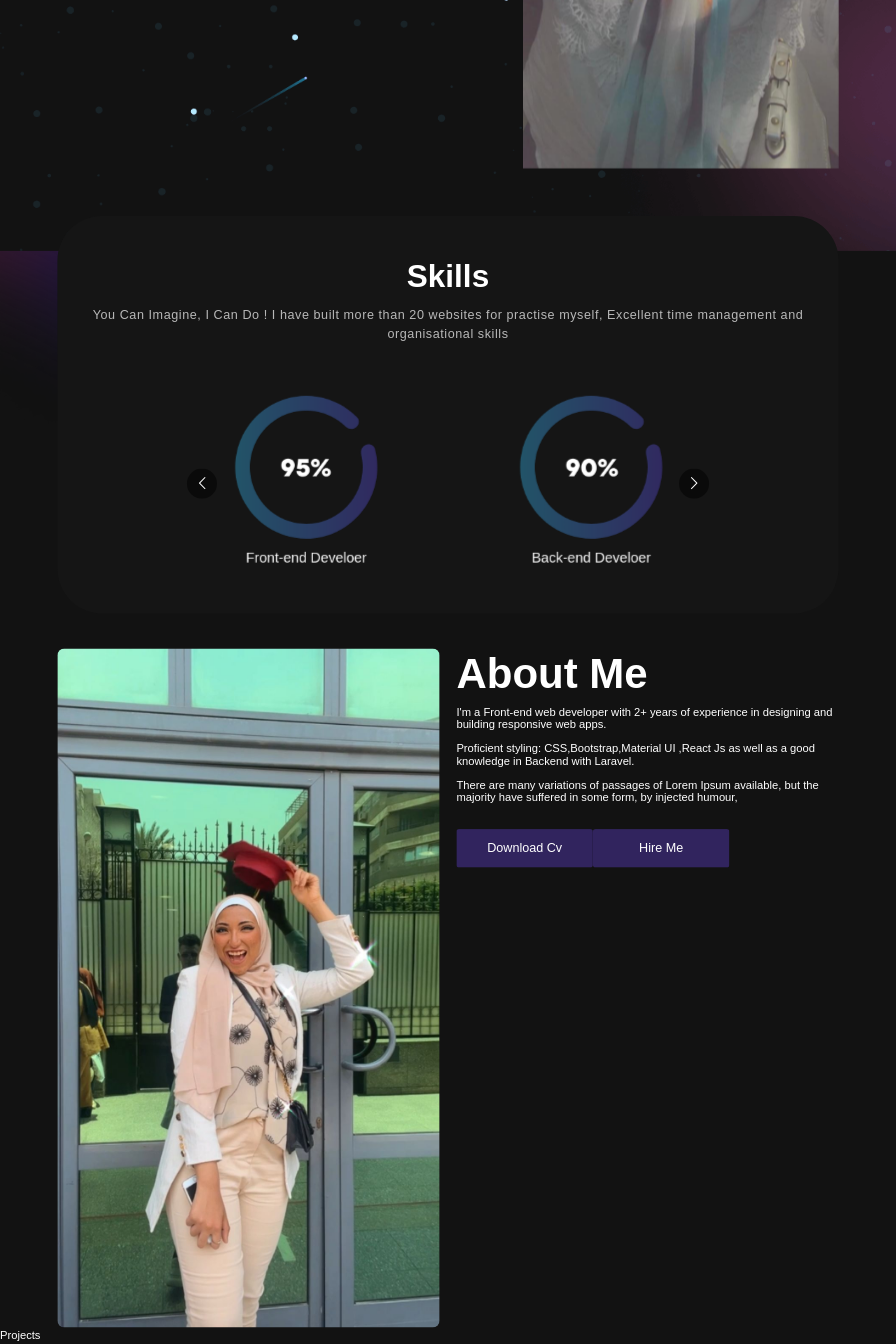
Repository: OmniaRafat232111121/portfolio
Page: /
The author's editor kept a copy of each file at every save. The page is drawn from the files as they stood at one save, then again after a run of saves.
The browser window is 1280 px wide. The pictures show the part of the page from y = 829 to 2749 px (the page is 2749 px tall), at 70% of full size.
The project was rebuilt for these pictures with package versions that can differ from the ones it lists, and the page was loaded fresh each time. Also part of the build but not shown: webpack.config.js.

Above is the page before, as saved 2022-07-20 03:21:17.

### src/index.js
import React from 'react';
import {StrictMode} from 'react';
import ReactDOM from 'react-dom';
import {createRoot} from 'react-dom/client';
import App from './App';
const rootElement = document.getElementById('root');
const root = createRoot(rootElement);
root.render(
  <StrictMode>
    <App />
  </StrictMode>,
);

### src/App.js
import React from 'react'
import './App.css'
import 'bootstrap/dist/css/bootstrap.min.css';
import { NavBar }  from './components/NavBar'
import Banner from './components/Banner';
import Skills from './components/Skills';
import Projects from './components/Projects';
import About from './components/About';
const App = () => {
  return (
    <div className="App">
    <NavBar />
    <Banner />
    <Skills />
    <About />
    <Projects />
    </div>
  )
}

export default App

### src/App.css
* {
  margin: 0;
  padding: 0;
  box-sizing: border-box;
}

html {
  scroll-behavior: smooth;
  scroll-padding-top: 75px;
}

body {
  font-weight: 400;
  overflow-x: hidden;
  position: relative;
  background-color: #121212 !important;
  color: #fff !important;
  font-family: 'Centra', sans-serif !important;
}

h1, h2, h3, h4, h5, h6 {
  margin: 0;
  padding: 0;
  line-height: normal;
}

p, a, li, button, ul {
  margin: 0;
  padding: 0;
  line-height: normal;
  text-decoration: none;
}

a:hover {
  text-decoration: none;
}

img {
  width: 100%;
  height: auto;
}

button {
  border: 0;
  background-color: transparent;
}

input:focus, textarea:focus, select:focus {
  outline: none;
}

@media (min-width:1700px) {
	main .container {
		max-width: 100%;
		padding: 0 150px;
	}
}

p.success {
	color: green;
}

p.danger {
	color: red;
}
/************ Navbar Css ************/
nav.navbar {
  padding: 18px 0;
  position: fixed;
  width: 100%;
  top: 0;
  z-index: 9999;
  transition:  0.32 ease-in-out;
}
nav.navbar.scrolled {
  padding: 0px 0;
  background-color: #121212;
}
nav.navbar a.navbar-brand {
    width: 9%;
}
nav.navbar .navbar-nav .nav-link.navbar-link {
  font-weight: 400;
  color: #fff !important;
  letter-spacing: 0.8px;
  padding: 0 25px;
  font-size: 18px;
  opacity: 0.75;
}
nav.navbar .navbar-nav a.nav-link.navbar-link:hover,
nav.navbar .navbar-nav a.nav-link.navbar-link.active {
    opacity: 1;
}
span.navbar-text {
    display: flex;
    align-items: center;
}
.social-icon {
    display: inline-block;
    margin-left: 14px;
}
.social-icon a {
    width: 42px;
    height: 42px;
    background: rgba(217, 217, 217, 0.1);
    display: inline-flex;
    border-radius: 50%;
    margin-right: 6px;
    align-items: center;
    justify-content: center;
    line-height: 1;
    border: 1px solid rgba(255, 255, 255, 0.5);
}
.social-icon a::before {
    content: "";
    width: 42px;
    height: 42px;
    position: absolute;
    background-color: #ffffff;
    border-radius: 50%;
    transform: scale(0);
	transition: 0.3s ease-in-out;
}
.social-icon a:hover::before {
    transform: scale(1);
}
.social-icon a img {
	width: 40%;
	z-index: 1;
	transition: 0.3s ease-in-out;
}
.social-icon a:hover img {
	filter: brightness(0) saturate(100%) invert(0%) sepia(7%) saturate(98%) hue-rotate(346deg) brightness(95%) contrast(86%);
}
.navbar-text button {
  font-weight: 700;
  color: #fff;
  border: 1px solid #fff;
  padding: 18px 34px;
  font-size: 18px;
  margin-left: 18px;
	position: relative;
	background-color: transparent;
	transition: 0.3s ease-in-out;
}
.navbar-text button span {
  z-index: 1;
}
.navbar-text button::before {
  content: "";
  width: 0%;
  height: 100%;
  position: absolute;
  background-color: #fff;
  left: 0;
  top: 0;
  z-index: -1;
  transition: 0.3s ease-in-out;
}
.navbar-text button:hover {
  color: #121212;
}
.navbar-text button:hover::before {
	content: "";
	width: 100%;
	height: 100%;
	position: absolute;
}
nav.navbar .navbar-toggler:active,
nav.navbar .navbar-toggler:focus {
	outline: none;
    box-shadow: none;
}
nav.navbar .navbar-toggler-icon {
  width: 24px;
  height: 17px;
  background-image: none;
  position: relative;
  border-bottom: 2px solid #fff;
  transition: all 300ms linear;
  top: -2px;
}
nav.navbar .navbar-toggler-icon:focus {
	border-bottom: 2px solid #fff;
}
nav.navbar .navbar-toggler-icon:after,
nav.navbar .navbar-toggler-icon:before {
	width: 24px;
	position: absolute;
	height: 2px;
	background-color: #fff;
	top: 0;
	left: 0;
	content: '';
	z-index: 2;
	transition: all 300ms linear;
	-webkit-transition:;
	-moz-transition:;
	-ms-transition:;
	-o-transition:;
}
nav.navbar .navbar-toggler-icon:after {
	top: 8px;
}

nav.navbar .navbar-toggler[aria-expanded="true"] .navbar-toggler-icon:after {
	transform: rotate(45deg);
	background-color: #fff;
	height: 2px;
	-webkit-transform: rotate(45deg);
	-moz-transform: rotate(45deg);
	-ms-transform: rotate(45deg);
	-o-transform: rotate(45deg);
}
nav.navbar .navbar-toggler[aria-expanded="true"] .navbar-toggler-icon:before {
	transform: translateY(8px) rotate(-45deg);
	background-color: #fff;
	height: 2px;
}
nav.navbar .navbar-toggler[aria-expanded="true"] .navbar-toggler-icon {
	border-color: transparent;
}
/*Banner css*/
.banner{
  margin-top:0;
  padding:260px 0 100px 0;
  background-image: url('./assets/img/banner-bg.png');
  background-position: top center;
  background-size: cover;
  background-repeat: no-repeat;
}

.banner .tagline{
  font-weight:700;
  letter-spacing:0.8px;
  padding:8px 10px;
  font-size: 20px;
  margin-bottom: 16px;
  display: inline-block;
  background: linear-gradient(90.21deg, rgba(81, 54, 170, 0.5) -5.91%, rgba(47, 153, 189, 0.5) 111.58%);
  border: 1px solid rgba(255, 255, 255, 0.5);
}



.banner p {
  color: #B8B8B8;
  font-size: 18px;
  letter-spacing: 0.8px;
  line-height: 1.5em;
  width: 96%;
}
.banner button {
  color: #fff;
  font-weight: 700;
  font-size: 20px;
  margin-top: 60px;
  letter-spacing: 0.8px;
  display: flex;
  align-items: center;
}
.banner button svg {
  font-size: 25px;
  margin-left: 10px;
  transition: 0.3s ease-in-out;
  line-height: 1;
}
.banner button:hover svg {
  margin-left: 25px;
}
.banner img {
  animation: updown 3s linear infinite;
}
@keyframes updown {
    0% {
        transform: translateY(-20px);
    }
    50% {
        transform: translateY(20px);
    }
    100% {
        transform: translateY(-20px);
    }
}
.txt-rotate > .wrap {
  border-right: 0.08em solid #666;
}

/*skill*/
.skill{
  padding:0 0 50px 0;
  position:realtive;
}
.skill-bx{
  background: #151515;
  border-radius: 64px;
  text-align: center;
  padding:60px 50px;
  margin-top: -50px;
  -webkit-border-radius: 64px;
  -moz-border-radius: 64px;
  -ms-border-radius: 64px;
  -o-border-radius: 64px;

}

.skill h2 {
	font-size: 45px;
	font-weight: 700;
  display: flex;
  align-items: center;
  justify-content: center;
}
.skill p {
    color: #B8B8B8;
    font-size: 18px;
    letter-spacing: 0.8px;
    line-height: 1.5em;
    margin: 14px 0 75px 0;
    text-align: center;

}
.skill-slider {
  width: 80%;
  margin: 0 auto;
  position: relative;
}
.skill-slider .item img {
  width: 50%;
  margin: 0 auto 15px auto;
}
.background-image-left {
  top: 28%;
  position: absolute;
  bottom: 0;
  width: 40%;
  z-index: -4;
}

### src/components/NavBar.js
import React from "react";
import { useState,useEffect } from 'react'
import { Navbar, Nav, Container } from "react-bootstrap";
import Logo from '../assets/img/logo.svg'
import navIcon1 from '../assets/img/nav-icon1.svg'
import navIcon2 from '../assets/img/nav-icon2.svg'
import navIcon3 from '../assets/img/nav-icon3.svg'
import {
  BrowserRouter as Router
} from "react-router-dom";

export const NavBar = () => {

  const [activeLink, setActiveLink] = useState('home');
  const [scrolled, setScrolled] = useState(false);

  useEffect(() => {
    const onScroll = () => {
      if (window.scrollY > 50) {
        setScrolled(true);
      } else {
        setScrolled(false);
      }
    }

    window.addEventListener("scroll", onScroll);

    return () => window.removeEventListener("scroll", onScroll);
  }, [])
  const onUpdateActiveLink = (value) => {
    setActiveLink(value);
  }
return (
  <Router>
    <Navbar expand="md" className={scrolled ? "scrolled" : ""}>
      <Container>
        <Navbar.Brand href="/">
          <img src={Logo} alt="Logo" />
        </Navbar.Brand>
        <Navbar.Toggle aria-controls="basic-navbar-nav">
          <span className="navbar-toggler-icon"></span>
        </Navbar.Toggle>
        <Navbar.Collapse id="basic-navbar-nav">
          <Nav className="ms-auto">
            <Nav.Link href="#home" className={activeLink === 'home' ? 'active navbar-link' : 'navbar-link'} onClick={() => onUpdateActiveLink('home')}>Home</Nav.Link>
            <Nav.Link href="#skills" className={activeLink === 'skills' ? 'active navbar-link' : 'navbar-link'} onClick={() => onUpdateActiveLink('Skills')}>Skills</Nav.Link>
            <Nav.Link href="#projects" className={activeLink === 'projects' ? 'active navbar-link' : 'navbar-link'} onClick={() => onUpdateActiveLink('projects')} >Projects</Nav.Link>
          </Nav>
          <span className="navbar-text">
            <div className="social-icon">
              <a href="https://www.linkedin.com/in/omnia-rafat-0125191b8/"><img src={navIcon1} alt="" /></a>
              <a href="https://www.facebook.com/omnia.rafat.547/"><img src={navIcon2} alt="" /></a>
              <a href=""><img src={navIcon3} alt="" /></a>
            </div>

              <button className="vvd"><span>Let’s Connect</span></button>

          </span>
        </Navbar.Collapse>
      </Container>
    </Navbar>
  </Router>
)
}

### src/components/Banner.js
import React,{useState,useEffect} from 'react'
import bab from '../assets/img/bab.jpeg'
import { ArrowRightCircle } from 'react-bootstrap-icons';
import { Container, Row, Col } from "react-bootstrap";
const Banner = () => {
    const [loopNum, setLoopNum] = useState(0);
    const [isDeleting, setIsDeleting] = useState(false);
    const [text, setText] = useState('');
    const [delta, setDelta] = useState(300 - Math.random() * 100);
    const [index, setIndex] = useState(1);
    const toRotate = [ "front-end Developer", "Back-end Developer", "UI/UX Designer" ];
    const period = 2000;

    useEffect(() => {
      let ticker = setInterval(() => {
        tick();
      }, delta);

      return () => { clearInterval(ticker) };
    }, [text])

    const tick = () => {
      let i = loopNum % toRotate.length;
      let fullText = toRotate[i];
      let updatedText = isDeleting ? fullText.substring(0, text.length - 1) : fullText.substring(0, text.length + 1);

      setText(updatedText);

      if (isDeleting) {
        setDelta(prevDelta => prevDelta / 2);
      }

      if (!isDeleting && updatedText === fullText) {
        setIsDeleting(true);
        setIndex(prevIndex => prevIndex - 1);
        setDelta(period);
      } else if (isDeleting && updatedText === '') {
        setIsDeleting(false);
        setLoopNum(loopNum + 1);
        setIndex(1);
        setDelta(500);
      } else {
        setIndex(prevIndex => prevIndex + 1);
      }
    }


  return (
    <section className="banner" id="home">
      <Container>
        <Row className="align-items-center">
        <Col  xs={12} md={6} xl={7} >
        <span className="tagline"> Welcome to my Portfolio</span>
       <h1>{`Hi! I'm Omnia`} <span className="txt-rotate" dataPeriod="1000" data-rotate='[ "frot-end Developer", "Back-end Developerr" ]'><span className="wrap">{text}</span></span></h1>

       <p>I'm a front-end web developer with 2 years of experience designing and building responsive web apps.
       Good at CSS, JavaScript 🟡, React, as well as good knowledge in Backend with Laravel</p>
       <button onClick={()=>console.log('connect')}>Lets Connect  <ArrowRightCircle  size={23}/></button>
       </Col>
       <Col xs={12} md={6} xl={5}>
         <img src={bab} alt="Header Img" />
       </Col>
        </Row>
      </Container>
    </section>
  )
}

export default Banner

### src/components/Skills.js

import React, { useState } from "react";
import {Container,Row,Col} from'react-bootstrap'
import { MultiSelect } from "react-multi-select-component";
import Carousel from 'react-multi-carousel';
import 'react-multi-carousel/lib/styles.css';
import meter1 from "../assets/img/meter1.svg";
import meter2 from "../assets/img/meter2.svg";
import meter3 from "../assets/img/meter3.svg";
import colorSharp from "../assets/img/color-sharp.png"
const skills = () => {

    const responsive = {
        superLargeDesktop: {
          // the naming can be any, depends on you.
          breakpoint: { max: 4000, min: 3000 },
          items: 5
        },
        desktop: {
          breakpoint: { max: 3000, min: 1024 },
          items: 3
        },
        tablet: {
          breakpoint: { max: 1024, min: 464 },
          items: 2
        },
        mobile: {
          breakpoint: { max: 464, min: 0 },
          items: 1
        }
      };

  return (
 <section className="skill" id='skills'>
 <Container>
 <Row>
 <Col>
<div className="skill-bx wow zoomIn">
<h2> Skills</h2>
<p>You Can Imagine,
I Can Do !
I have built more than 20 websites for practise myself, Excellent time management and organisational skills</p>
<Carousel responsive={responsive} infinite={true} className="skill-slider">
<div className="item">
<img src={meter1} alt="Image" />
<h5>Front-end Develoer</h5>

</div>


<div className="item">
<img src={meter3} alt="Image" />
<h5>Back-end Develoer</h5>

</div>


<div className="item">
<img src={meter2} alt="Image" />
<h5>web Design</h5>
</div>

</Carousel>
</div>
 </Col>
 </Row>
 </Container>
 <img className="background-image-left" src={colorSharp} alt="Image" />
 </section>
  )
}

export default skills

### src/components/About.js
import React from "react";
import './About.css'
import Graduated from '../assets/img/Graduated.jpeg'
import { Container, Row, Col } from "react-bootstrap";
function About() {
  //  Up To Top Btn
    window.addEventListener("scroll", function(){
      const upToTop = document.querySelector("a.bottom__to__top");
       upToTop.classList.toggle("active", window.scrollY > 0)
    });
  return (
    <div className="about component__space" id="About">
      <Container>
        <Row>
          <Col className="col__2">
            <img src={Graduated} alt="" className="about__img" />
          </Col>
          <Col className="col__2">
            <h1 className="about__heading">About Me</h1>
            <div className="about__meta">
              <p className="about__text p__color">
              I'm a Front-end web developer with 2+ years of experience in designing and building responsive web apps.
              </p>
              <p className="about__text p__color">
              Proficient styling: CSS,Bootstrap,Material UI ,React Js as well as a good knowledge in Backend with Laravel.
              </p>
              <p className="about__text p__color">
                There are many variations of passages of Lorem Ipsum available,
                but the majority have suffered in some form, by injected humour,
              </p>
              <div className="about__button d__flex align-items-center ">
                <a href="#">
                  <button className="about btn pointer">Download Cv</button>
                </a>
                <a href="#">
                  <button className="about btn pointer">Hire Me</button>
                </a>
              </div>


            </div>
          </Col>
          </Row>
        </Container>

      {/* UP TO TOP BTN */}
      <div className="up__to__top__btn">
        <a href="#" className="bottom__to__top">
        <svg
          xmlns="http://www.w3.org/2000/svg"
          width="16"
          height="16"
          fill="currentColor"
          class="bi bi-chevron-up white"
          viewBox="0 0 16 16"
        >
          <path
            fill-rule="evenodd"
            d="M7.646 4.646a.5.5 0 0 1 .708 0l6 6a.5.5 0 0 1-.708.708L8 5.707l-5.646 5.647a.5.5 0 0 1-.708-.708l6-6z"
          />
        </svg>
        </a>
      </div>
    </div>
  );
}

export default About;

### src/components/About.css
.about{
    background: #121212;
  }
img.about__img{
    border-radius: 10px;

  }
  h1.about__heading{
    margin-bottom: 10px;
    font-weight: 700;
    text-align: start;
    font-family: Montserrat,sans-serif;
    font-size: 60px;
  }
  button.about.btn.pointer {
    text-transform: capitalize;
    width: 195px;
    height: 55px;
    font-size: 18px;
    transition: .4s ease;
    background-color: rgba(81, 54, 170, 0.5);
    color:#fff;
    -webkit-transition: .4s ease;
    -moz-transition: .4s ease;
    -ms-transition: .4s ease;
    -o-transition: .4s ease;
}
  .about__button{
    padding: 20px 0px;

  }
  a.bottom__to__top{
    height: 40px;
    width: 40px;
    position: fixed;

    bottom: 3%;
    right: 2%;
    background-color: rgba(47, 153, 189, 0.5);
    border-radius: 50%;
    cursor: pointer;
    display: none;
    align-items: center;
    justify-content: center;
    transition: .4s all ease;
    z-index: 1000;
    -webkit-border-radius:;
    -moz-border-radius:;
    -ms-border-radius:;
    -o-border-radius:;
    -webkit-transition: .4s all ease;
    -moz-transition: .4s all ease;
    -ms-transition: .4s all ease;
    -o-transition: .4s all ease;
}
  a.bottom__to__top.active{
    display: flex;
  }
  /* RESPONSIVE */
  @media only screen and (max-width: 1024px){
    .p__color{
        font-size: 15px!important;
    }
  }
  @media only screen and (max-width: 425px){
  button.about.btn.pointer {
    text-transform: capitalize;
    width: 165px;
    height: 50px;
    font-size: 13px;
    transition: .4s ease;
  }
  }

Loaded but not shown: public/index.html (common file); src/components/Projects.js (common file)

After the next 12 saves:
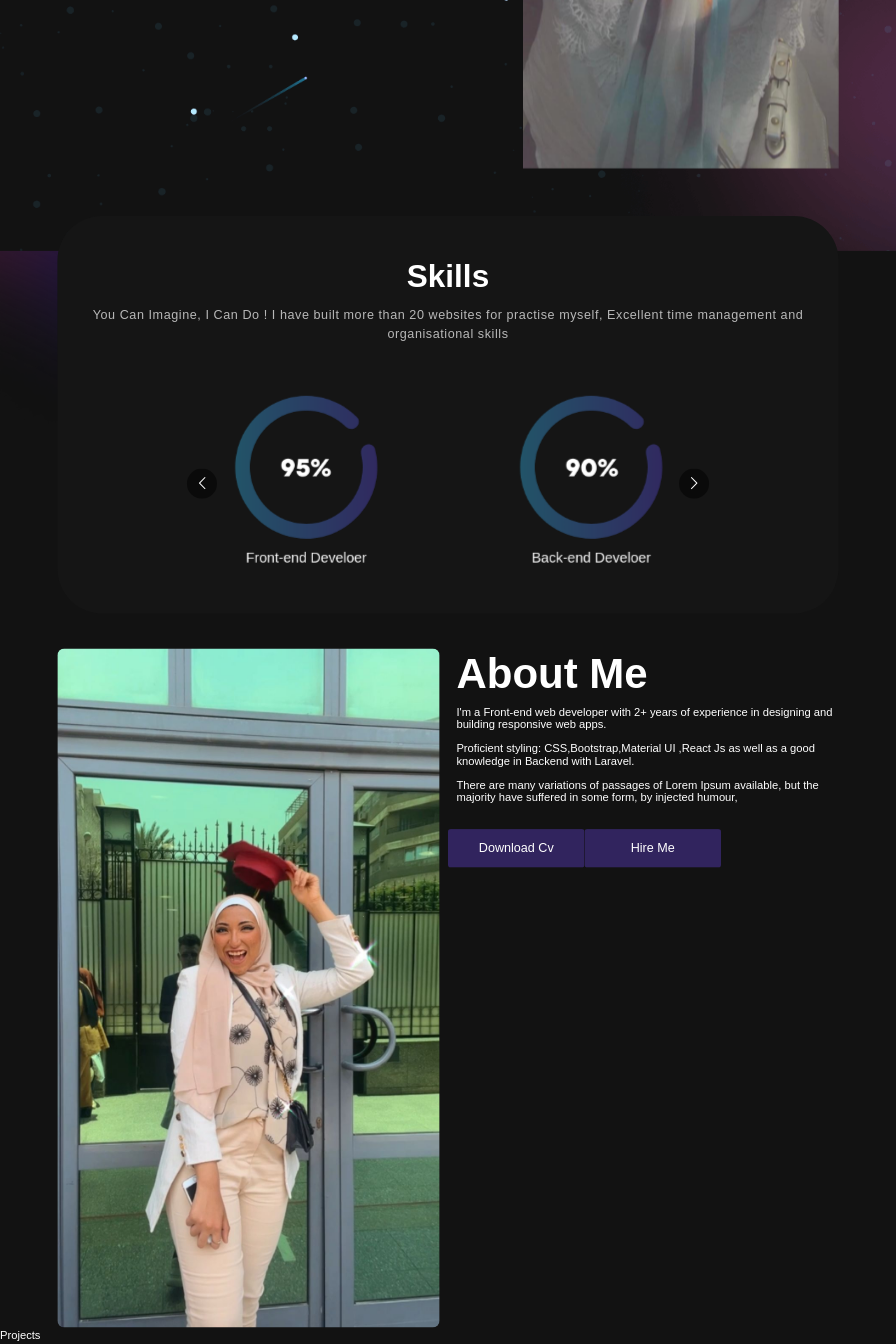
The 12 saves are shown as one change because 1 did not build or start and some came seconds apart.
The last was saved 25 s later.
--- a/src/components/About.js
+++ b/src/components/About.js
@@ -28,6 +28,7 @@ function About() {
                 There are many variations of passages of Lorem Ipsum available,
                 but the majority have suffered in some form, by injected humour,
               </p>
+              <Row>
               <div className="about__button d__flex align-items-center ">
                 <a href="#">
                   <button className="about btn pointer">Download Cv</button>
@@ -37,7 +38,7 @@ function About() {
                 </a>
               </div>
 
-
+                  </Row>
             </div>
           </Col>
           </Row>
